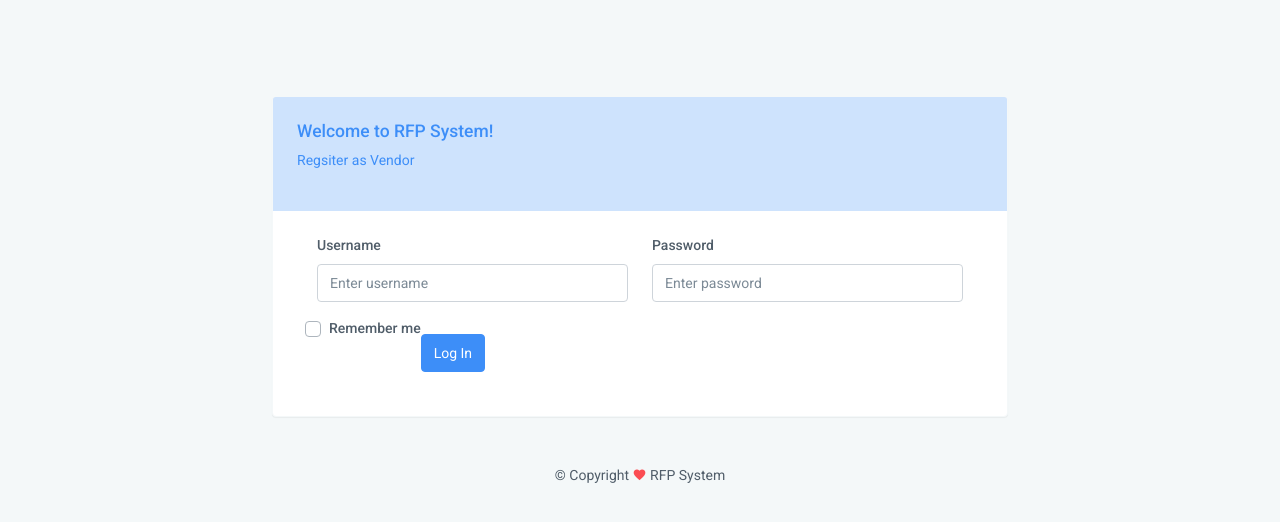
Repository: saurabhgithb/RFP-System
Page: register.html
The author's editor kept a copy of each file at every save. The page is drawn from the files as they stood at one save, then again after the next save.
The browser window is 1280 px wide. The pictures show the whole page.

Above is the page before, as saved 2023-01-04 14:27:33.

After the next save:
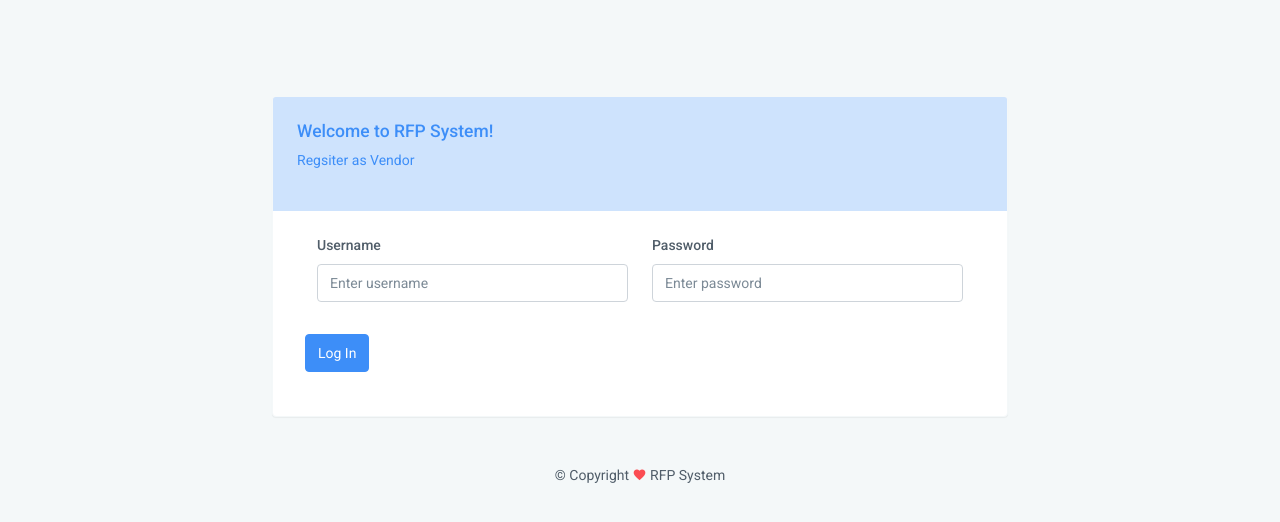
Saved 34 s later.
--- a/register.html
+++ b/register.html
@@ -58,10 +58,6 @@
                                             </div>
 
 
-                                            <div class="custom-control custom-checkbox">
-                                                <input type="checkbox" class="custom-control-input" id="customControlInline">
-                                                <label class="custom-control-label" for="customControlInline">Remember me</label>
-                                            </div>
 
                                             <div class="mt-3">
                                                 <button class="btn btn-primary btn-block waves-effect waves-light" type="submit">Log In</button>
